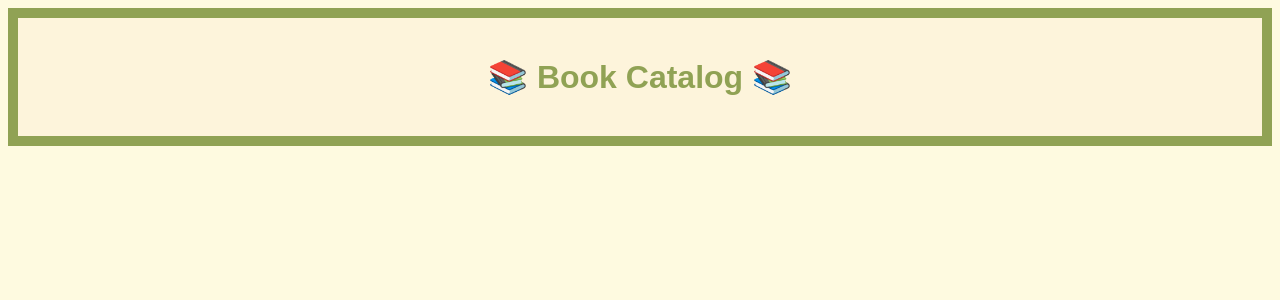
Repository: kaitlynlew/Book-Catalog
Page: /
An editor plug-in stored every save of this project. The page is shown before and after the next save, followed by the edit.
The browser window is 1280 px wide. The pictures show the whole page.
The project was rebuilt for these pictures with package versions that can differ from the ones it lists, and the page was loaded fresh each time. Also part of the build but not shown: vite.config.js.

Above is the page before, as saved 2025-09-14 00:14:52.

### index.html
<!doctype html>
<html lang="en">

<head>
  <meta charset="UTF-8" />
  <meta name="viewport" content="width=device-width, initial-scale=1.0" />
  <title>📚 Book Catalog</title>
</head>

<body>
  <div id="root"></div>
  <script type="module" src="/src/main.jsx"></script>
</body>

</html>

### src/App.jsx

function App() {
  return <h1>📚 Book Catalog 📚</h1>;
}

export default App;

### src/App.css
/* index.css */
body {
  background-color: #fefae0;
  font-family: sans-serif;
}

h1 {
  margin: 0;
  color: #90a254;
  text-align: center;
  background-color: #fdf4db;
  padding: 40px;
  border: 10px solid #90a254;

}

Loaded but not shown: src/main.jsx (common file)

After the next save:
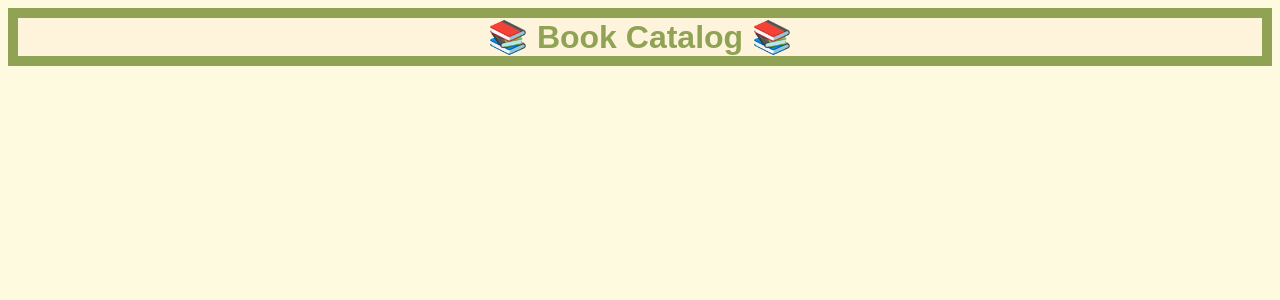
Saved 12 s later.
--- a/src/App.css
+++ b/src/App.css
@@ -9,7 +9,7 @@
   color: #90a254;
   text-align: center;
   background-color: #fdf4db;
-  padding: 40px;
+  padding: 0px;
   border: 10px solid #90a254;
 
 }

After the save that followed:
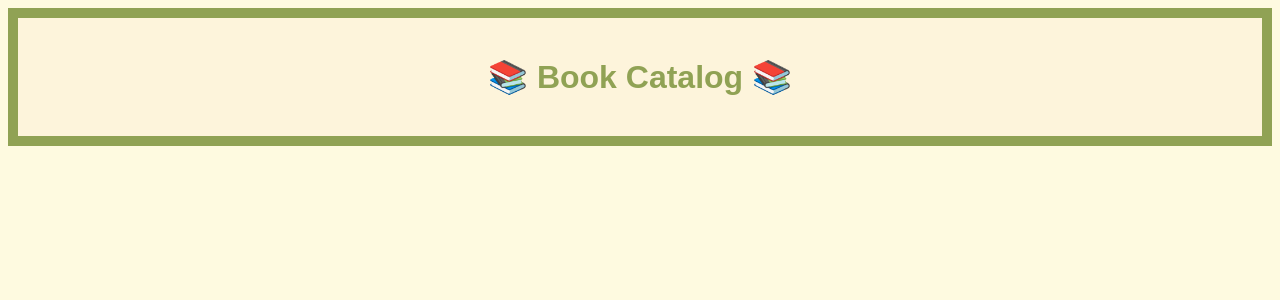
Saved 4 s later.
--- a/src/App.css
+++ b/src/App.css
@@ -9,7 +9,7 @@
   color: #90a254;
   text-align: center;
   background-color: #fdf4db;
-  padding: 0px;
+  padding: 40px;
   border: 10px solid #90a254;
 
 }
